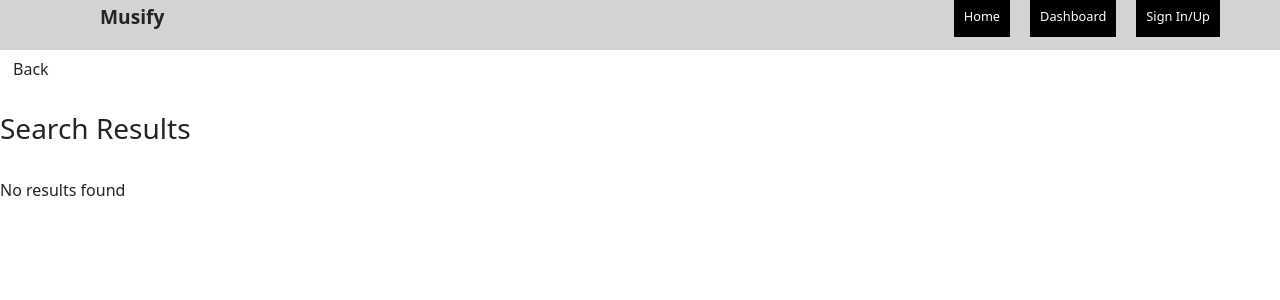
Repository: yuqiant/musify
Page: /search (app in musify/)
The author's editor kept a copy of each file at every save. The page is drawn from the files as they stood at one save, then again after the next save.
The browser window is 1280 px wide. The pictures show the whole page.
The page's requests for data from a server got no answer. The project was rebuilt for these pictures with package versions that can differ from the ones it lists, and the page was loaded fresh each time. No one was signed in, and anything a server would have sent is missing. Also part of the build but not shown: musify/src/App.css, musify/src/details/index.js, musify/src/home/index.js, musify/src/users/client.js, musify/src/users/accountpage.js, musify/src/users/account.css, musify/src/users/account.js, musify/src/users/signin.js and 7 more.

Above is the page before, as saved 2023-12-10 00:57:49.

After the next save:
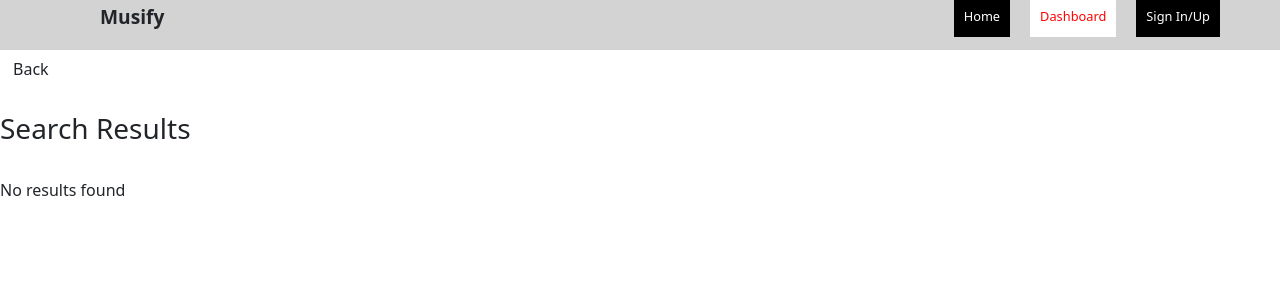
Saved 2 min 7 s later.
--- a/musify/src/navbar/index.js
+++ b/musify/src/navbar/index.js
@@ -35,7 +35,7 @@
                     </NavLink> */}
                     <NavLink
                         to={`/dashboard`}
-                        className={({ isActive }) => (isActive ? "active" : "")}
+                        className="active"
                         onClick={handleDashboardClick}
                         isActive={(match, location) => {
                             if (!match) {

After the save that followed:
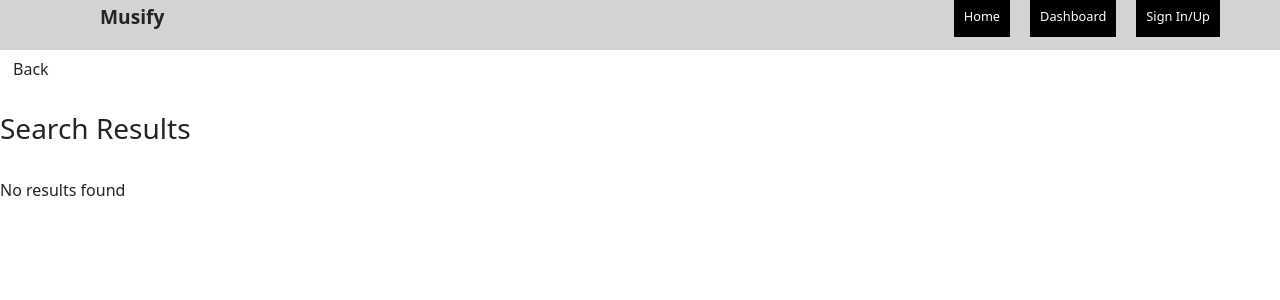
Saved 34 s later.
--- a/musify/src/navbar/index.js
+++ b/musify/src/navbar/index.js
@@ -35,7 +35,7 @@
                     </NavLink> */}
                     <NavLink
                         to={`/dashboard`}
-                        className="active"
+                        className={({ isActive }) => (isActive ? "active" : "")}
                         onClick={handleDashboardClick}
                         isActive={(match, location) => {
                             if (!match) {
